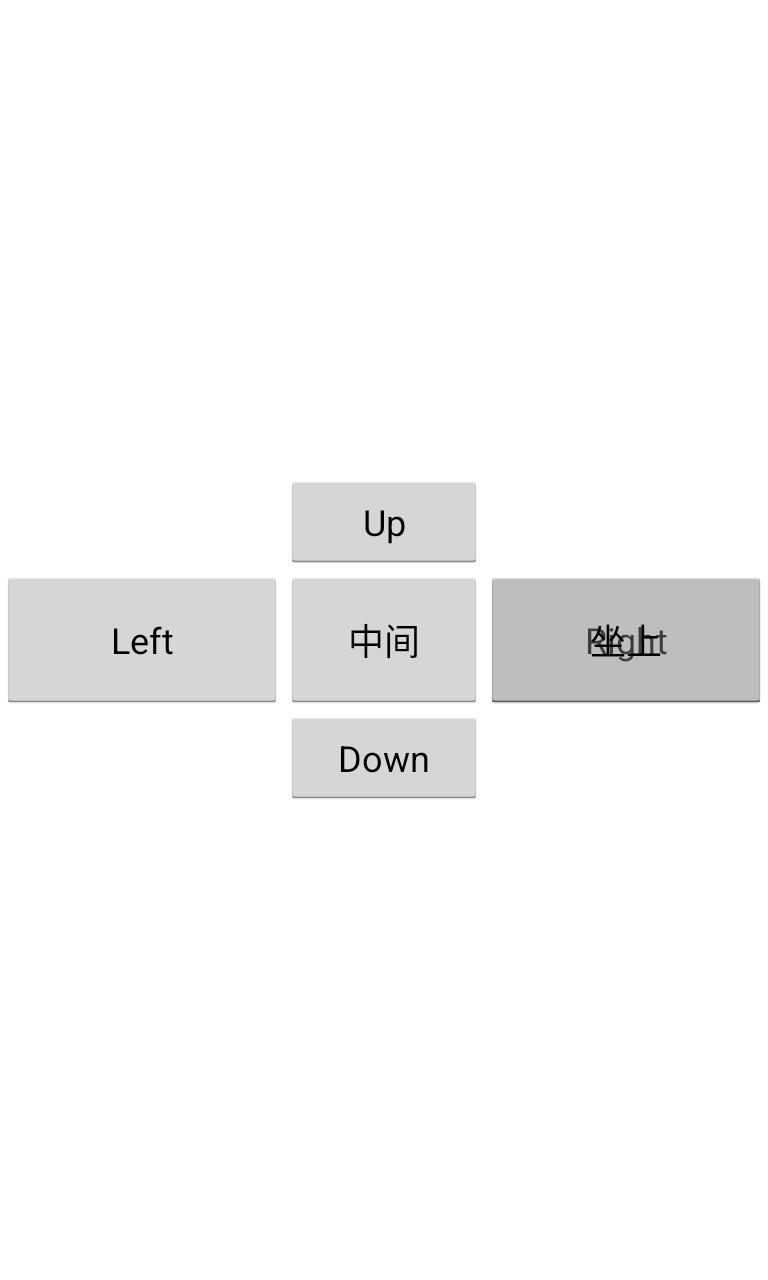
Repository: IvyZh/hm66
Layout: 黑马项目/res/layout/activity_relativelayout.xml
These files come from the project's save history. The layout is drawn as it stood at one moment and after the next save; the edit follows.
It is drawn on a 768 x 1280 px phone screen (xhdpi) without system bars, with theme AppTheme; the app's code is not run.

Above is the layout before, as saved 2016-05-17 17:22:46.

After the next save:
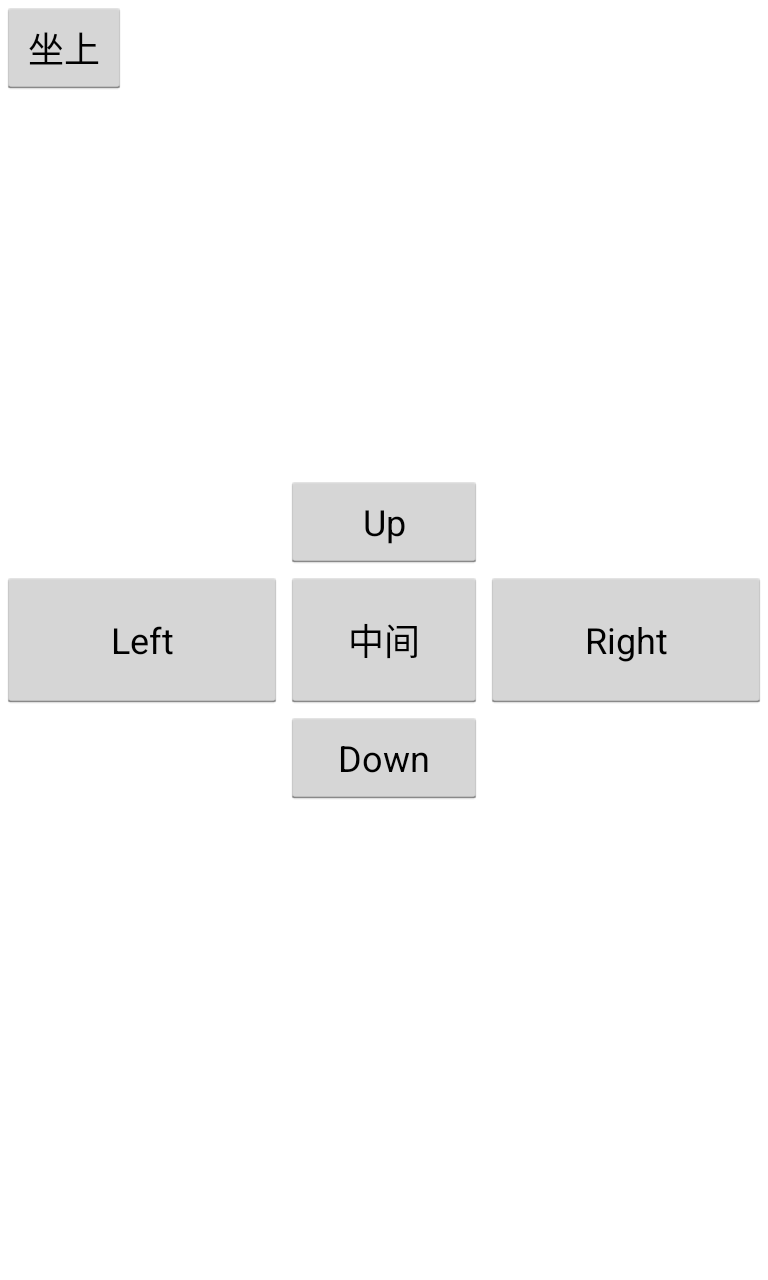
Saved 13 s later.
--- a/黑马项目/res/layout/activity_relativelayout.xml
+++ b/黑马项目/res/layout/activity_relativelayout.xml
@@ -46,14 +46,10 @@
         android:layout_centerVertical="true"
         android:layout_toRightOf="@id/bt_center"
         android:text="Right" />
+
     <Button
         android:layout_width="wrap_content"
         android:layout_height="wrap_content"
-        android:layout_alignBottom="@id/bt_center"
-        android:layout_alignParentRight="true"
-        android:layout_alignTop="@id/bt_center"
-        android:layout_centerVertical="true"
-        android:layout_toRightOf="@id/bt_center"
         android:text="坐上" />
 
 </RelativeLayout>
